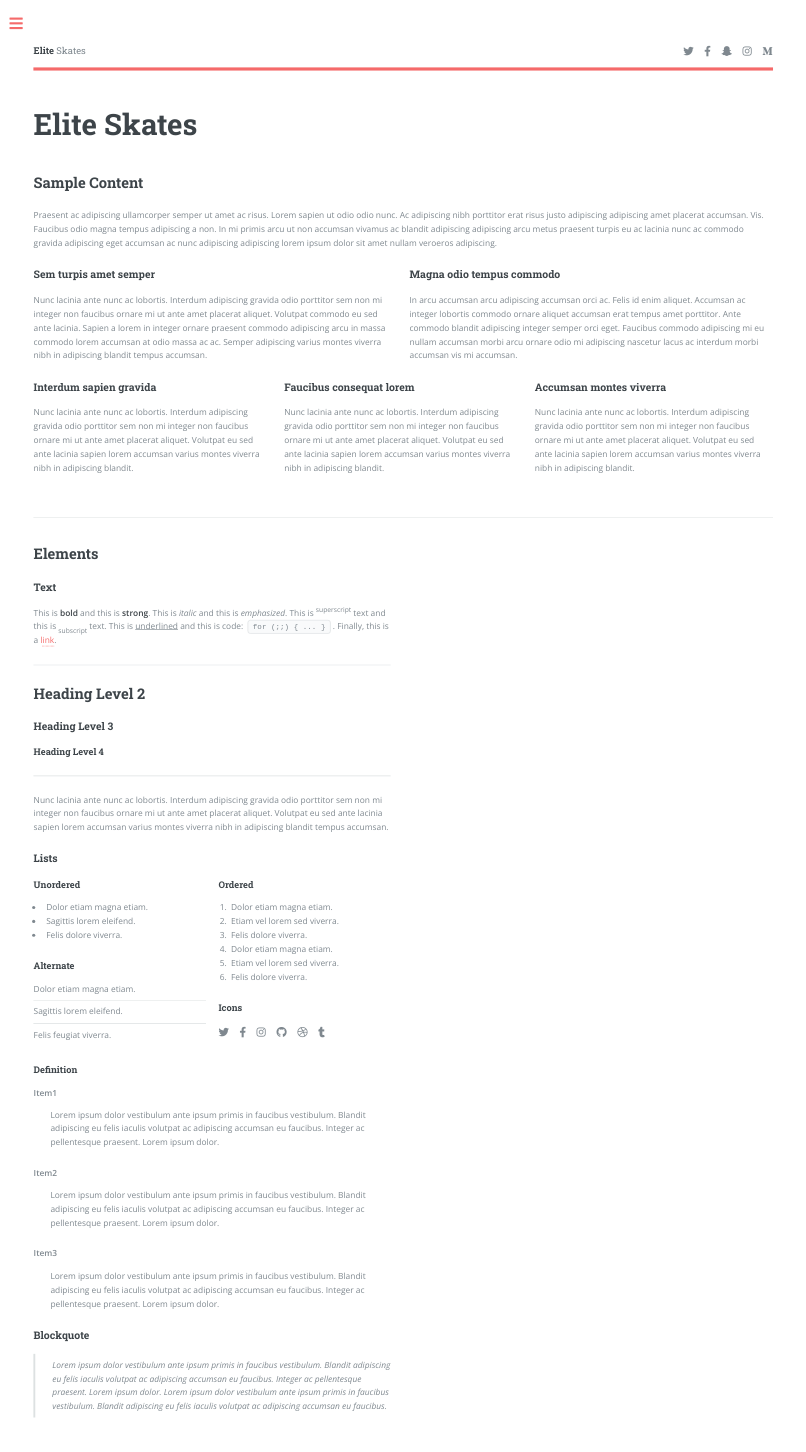
Repository: rachel648/New_Elite
Page: elements.html
These files come from the project's save history. The page is drawn as it stood at one moment and after the next save; the edit follows.
The browser window is 1280 px wide. The pictures show the whole page, at 63% of full size.

Above is the page before, as saved 2024-10-14 12:11:16.

### elements.html
<!DOCTYPE HTML>
<html>
	<head>
		<title>Elements - Editorial by HTML5 UP</title>
		<meta charset="utf-8" />
		<meta name="viewport" content="width=device-width, initial-scale=1, user-scalable=no" />
		<link rel="stylesheet" href="assets/css/main.css" />
	</head>
	<body class="is-preload">

		<!-- Wrapper -->
			<div id="wrapper">

				<!-- Main -->
					<div id="main">
						<div class="inner">

							<!-- Header -->
								<header id="header">
									<a href="index.html" class="logo"><strong>Elite</strong> Skates</a>
									<ul class="icons">
										<li><a href="#" class="icon brands fa-twitter"><span class="label">Twitter</span></a></li>
										<li><a href="#" class="icon brands fa-facebook-f"><span class="label">Facebook</span></a></li>
										<li><a href="#" class="icon brands fa-snapchat-ghost"><span class="label">Snapchat</span></a></li>
										<li><a href="#" class="icon brands fa-instagram"><span class="label">Instagram</span></a></li>
										<li><a href="#" class="icon brands fa-medium-m"><span class="label">Medium</span></a></li>
									</ul>
								</header>

							<!-- Content -->
								<section>
									<header class="main">
										<h1>Elite Skates</h1>
									</header>

									<!-- Content -->
										<h2 id="content">Sample Content</h2>
										<p>Praesent ac adipiscing ullamcorper semper ut amet ac risus. Lorem sapien ut odio odio nunc. Ac adipiscing nibh porttitor erat risus justo adipiscing adipiscing amet placerat accumsan. Vis. Faucibus odio magna tempus adipiscing a non. In mi primis arcu ut non accumsan vivamus ac blandit adipiscing adipiscing arcu metus praesent turpis eu ac lacinia nunc ac commodo gravida adipiscing eget accumsan ac nunc adipiscing adipiscing lorem ipsum dolor sit amet nullam veroeros adipiscing.</p>
										<div class="row">
											<div class="col-6 col-12-small">
												<h3>Sem turpis amet semper</h3>
												<p>Nunc lacinia ante nunc ac lobortis. Interdum adipiscing gravida odio porttitor sem non mi integer non faucibus ornare mi ut ante amet placerat aliquet. Volutpat commodo eu sed ante lacinia. Sapien a lorem in integer ornare praesent commodo adipiscing arcu in massa commodo lorem accumsan at odio massa ac ac. Semper adipiscing varius montes viverra nibh in adipiscing blandit tempus accumsan.</p>
											</div>
											<div class="col-6 col-12-small">
												<h3>Magna odio tempus commodo</h3>
												<p>In arcu accumsan arcu adipiscing accumsan orci ac. Felis id enim aliquet. Accumsan ac integer lobortis commodo ornare aliquet accumsan erat tempus amet porttitor. Ante commodo blandit adipiscing integer semper orci eget. Faucibus commodo adipiscing mi eu nullam accumsan morbi arcu ornare odio mi adipiscing nascetur lacus ac interdum morbi accumsan vis mi accumsan.</p>
											</div>
											<!-- Break -->
											<div class="col-4 col-12-medium">
												<h3>Interdum sapien gravida</h3>
												<p>Nunc lacinia ante nunc ac lobortis. Interdum adipiscing gravida odio porttitor sem non mi integer non faucibus ornare mi ut ante amet placerat aliquet. Volutpat eu sed ante lacinia sapien lorem accumsan varius montes viverra nibh in adipiscing blandit.</p>
											</div>
											<div class="col-4 col-12-medium">
												<h3>Faucibus consequat lorem</h3>
												<p>Nunc lacinia ante nunc ac lobortis. Interdum adipiscing gravida odio porttitor sem non mi integer non faucibus ornare mi ut ante amet placerat aliquet. Volutpat eu sed ante lacinia sapien lorem accumsan varius montes viverra nibh in adipiscing blandit.</p>
											</div>
											<div class="col-4 col-12-medium">
												<h3>Accumsan montes viverra</h3>
												<p>Nunc lacinia ante nunc ac lobortis. Interdum adipiscing gravida odio porttitor sem non mi integer non faucibus ornare mi ut ante amet placerat aliquet. Volutpat eu sed ante lacinia sapien lorem accumsan varius montes viverra nibh in adipiscing blandit.</p>
											</div>
										</div>

									<hr class="major" />

									<!-- Elements -->
										<h2 id="elements">Elements</h2>
										<div class="row gtr-200">
											<div class="col-6 col-12-medium">

												<!-- Text stuff -->
													<h3>Text</h3>
													<p>This is <b>bold</b> and this is <strong>strong</strong>. This is <i>italic</i> and this is <em>emphasized</em>.
													This is <sup>superscript</sup> text and this is <sub>subscript</sub> text.
													This is <u>underlined</u> and this is code: <code>for (;;) { ... }</code>.
													Finally, this is a <a href="#">link</a>.</p>
													<hr />
													<h2>Heading Level 2</h2>
													<h3>Heading Level 3</h3>
													<h4>Heading Level 4</h4>
													<hr />
													<p>Nunc lacinia ante nunc ac lobortis. Interdum adipiscing gravida odio porttitor sem non mi integer non faucibus ornare mi ut ante amet placerat aliquet. Volutpat eu sed ante lacinia sapien lorem accumsan varius montes viverra nibh in adipiscing blandit tempus accumsan.</p>

												<!-- Lists -->
													<h3>Lists</h3>
													<div class="row">
														<div class="col-6 col-12-small">

															<h4>Unordered</h4>
															<ul>
																<li>Dolor etiam magna etiam.</li>
																<li>Sagittis lorem eleifend.</li>
																<li>Felis dolore viverra.</li>
															</ul>

															<h4>Alternate</h4>
															<ul class="alt">
																<li>Dolor etiam magna etiam.</li>
																<li>Sagittis lorem eleifend.</li>
																<li>Felis feugiat viverra.</li>
															</ul>

														</div>
														<div class="col-6 col-12-small">

															<h4>Ordered</h4>
															<ol>
																<li>Dolor etiam magna etiam.</li>
																<li>Etiam vel lorem sed viverra.</li>
																<li>Felis dolore viverra.</li>
																<li>Dolor etiam magna etiam.</li>
																<li>Etiam vel lorem sed viverra.</li>
																<li>Felis dolore viverra.</li>
															</ol>

															<h4>Icons</h4>
															<ul class="icons">
																<li><a href="#" class="icon brands fa-twitter"><span class="label">Twitter</span></a></li>
																<li><a href="#" class="icon brands fa-facebook-f"><span class="label">Facebook</span></a></li>
																<li><a href="#" class="icon brands fa-instagram"><span class="label">Instagram</span></a></li>
																<li><a href="#" class="icon brands fa-github"><span class="label">Github</span></a></li>
																<li><a href="#" class="icon brands fa-dribbble"><span class="label">Dribbble</span></a></li>
																<li><a href="#" class="icon brands fa-tumblr"><span class="label">Tumblr</span></a></li>
															</ul>

														</div>
													</div>
													<h4>Definition</h4>
													<dl>
														<dt>Item1</dt>
														<dd>
															<p>Lorem ipsum dolor vestibulum ante ipsum primis in faucibus vestibulum. Blandit adipiscing eu felis iaculis volutpat ac adipiscing accumsan eu faucibus. Integer ac pellentesque praesent. Lorem ipsum dolor.</p>
														</dd>
														<dt>Item2</dt>
														<dd>
															<p>Lorem ipsum dolor vestibulum ante ipsum primis in faucibus vestibulum. Blandit adipiscing eu felis iaculis volutpat ac adipiscing accumsan eu faucibus. Integer ac pellentesque praesent. Lorem ipsum dolor.</p>
														</dd>
														<dt>Item3</dt>
														<dd>
															<p>Lorem ipsum dolor vestibulum ante ipsum primis in faucibus vestibulum. Blandit adipiscing eu felis iaculis volutpat ac adipiscing accumsan eu faucibus. Integer ac pellentesque praesent. Lorem ipsum dolor.</p>
														</dd>
													</dl>


												<!-- Blockquote -->
													<h3>Blockquote</h3>
													<blockquote>Lorem ipsum dolor vestibulum ante ipsum primis in faucibus vestibulum. Blandit adipiscing eu felis iaculis volutpat ac adipiscing accumsan eu faucibus. Integer ac pellentesque praesent. Lorem ipsum dolor. Lorem ipsum dolor vestibulum ante ipsum primis in faucibus vestibulum. Blandit adipiscing eu felis iaculis volutpat ac adipiscing accumsan eu faucibus.</blockquote>


				<!-- Sidebar -->
					<div id="sidebar">
						<div class="inner">

							<!-- Search -->
								<section id="search" class="alt">
									<form method="post" action="#">
										<input type="text" name="query" id="query" placeholder="Search" />
									</form>
								</section>

							<!-- Menu -->
								<nav id="menu">
									<header class="major">
										<h2>Menu</h2>
									</header>
									<ul>
										<li><a href="index.html">Homepage</a></li>
										<li><a href="generic.html">Upcoming Events</a></li>
										<li><a href="elements.html">Sports Day</a></li>
										<li>
											<!-- <span class="opener">Submenu</span>
											<ul>
												<li><a href="#">Lorem Dolor</a></li>
												<li><a href="#">Ipsum Adipiscing</a></li>
												<li><a href="#">Tempus Magna</a></li>
												<li><a href="#">Feugiat Veroeros</a></li>
											</ul>
										</li>
										<li><a href="#">Etiam Dolore</a></li>
										<li><a href="#">Adipiscing</a></li>
										<li>
											<span class="opener">Another Submenu</span>
											<ul>
												<li><a href="#">Lorem Dolor</a></li>
												<li><a href="#">Ipsum Adipiscing</a></li>
												<li><a href="#">Tempus Magna</a></li>
												<li><a href="#">Feugiat Veroeros</a></li>
											</ul>
										</li>
										<li><a href="#">Maximus Erat</a></li>
										<li><a href="#">Sapien Mauris</a></li>
										<li><a href="#">Amet Lacinia</a></li>
									-->
									</ul>
								</nav>



							<!-- Footer -->
								<footer id="footer">
									<p class="copyright">&copy; Untitled. All rights reserved. Demo Images: <a href="https://unsplash.com">Unsplash</a>. Design: <a href="https://html5up.net">HTML5 UP</a>.</p>
								</footer>

						</div>
					</div>

			</div>

		<!-- Scripts -->
			<script src="assets/js/jquery.min.js"></script>
			<script src="assets/js/browser.min.js"></script>
			<script src="assets/js/breakpoints.min.js"></script>
			<script src="assets/js/util.js"></script>
			<script src="assets/js/main.js"></script>

	</body>
</html>

Loaded but not shown: assets/js/jquery.min.js (library); assets/js/browser.min.js (common file); assets/js/breakpoints.min.js (common file); assets/css/fontawesome-all.min.css (library); assets/js/util.js (587 lines, source omitted); assets/js/main.js (262 lines, source omitted); assets/css/main.css (2284 lines, source omitted)

After the next save:
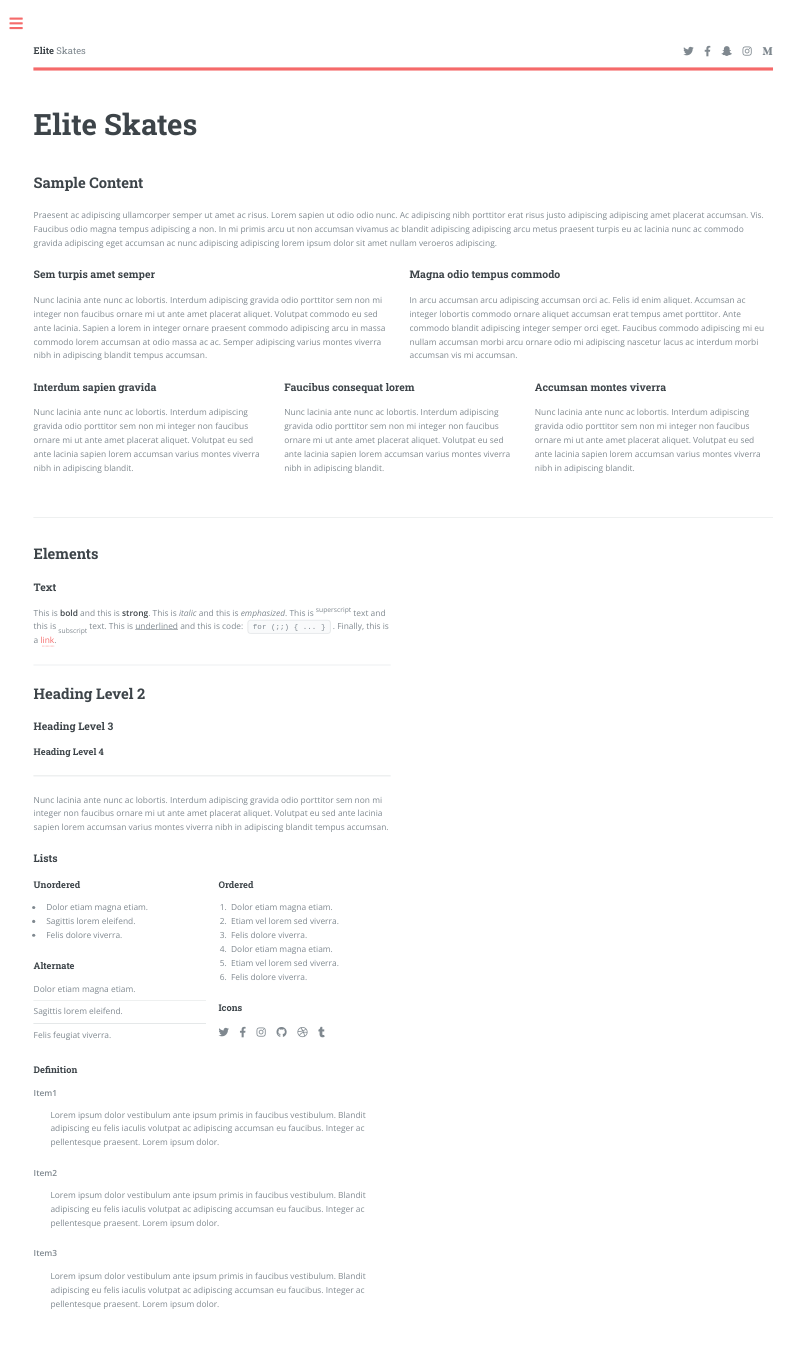
Saved 13 s later.
--- a/elements.html
+++ b/elements.html
@@ -141,9 +141,6 @@
 													</dl>
 
 
-												<!-- Blockquote -->
-													<h3>Blockquote</h3>
-													<blockquote>Lorem ipsum dolor vestibulum ante ipsum primis in faucibus vestibulum. Blandit adipiscing eu felis iaculis volutpat ac adipiscing accumsan eu faucibus. Integer ac pellentesque praesent. Lorem ipsum dolor. Lorem ipsum dolor vestibulum ante ipsum primis in faucibus vestibulum. Blandit adipiscing eu felis iaculis volutpat ac adipiscing accumsan eu faucibus.</blockquote>
 
 
 				<!-- Sidebar -->
